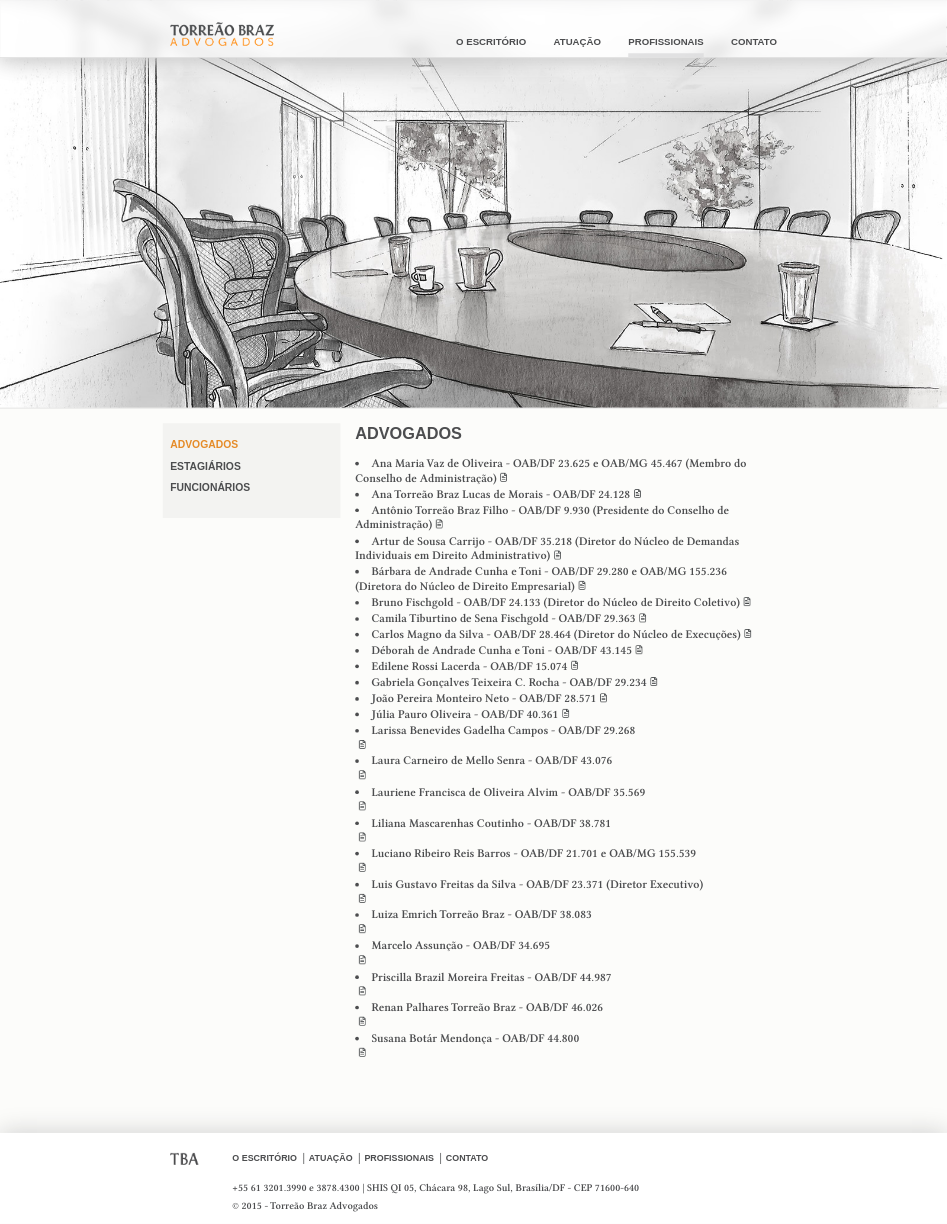
Repository: flira/torreao-braz
Page: dev/profissionais.html
The author's editor kept a record of every edit. The page is drawn from the files as they stood at one moment, then again after the next edit.
The browser window is 1280 px wide. The pictures show the whole page, at 74% of full size.
Some web libraries are served in a nearby version.

Above is the page before.

After the next edit:
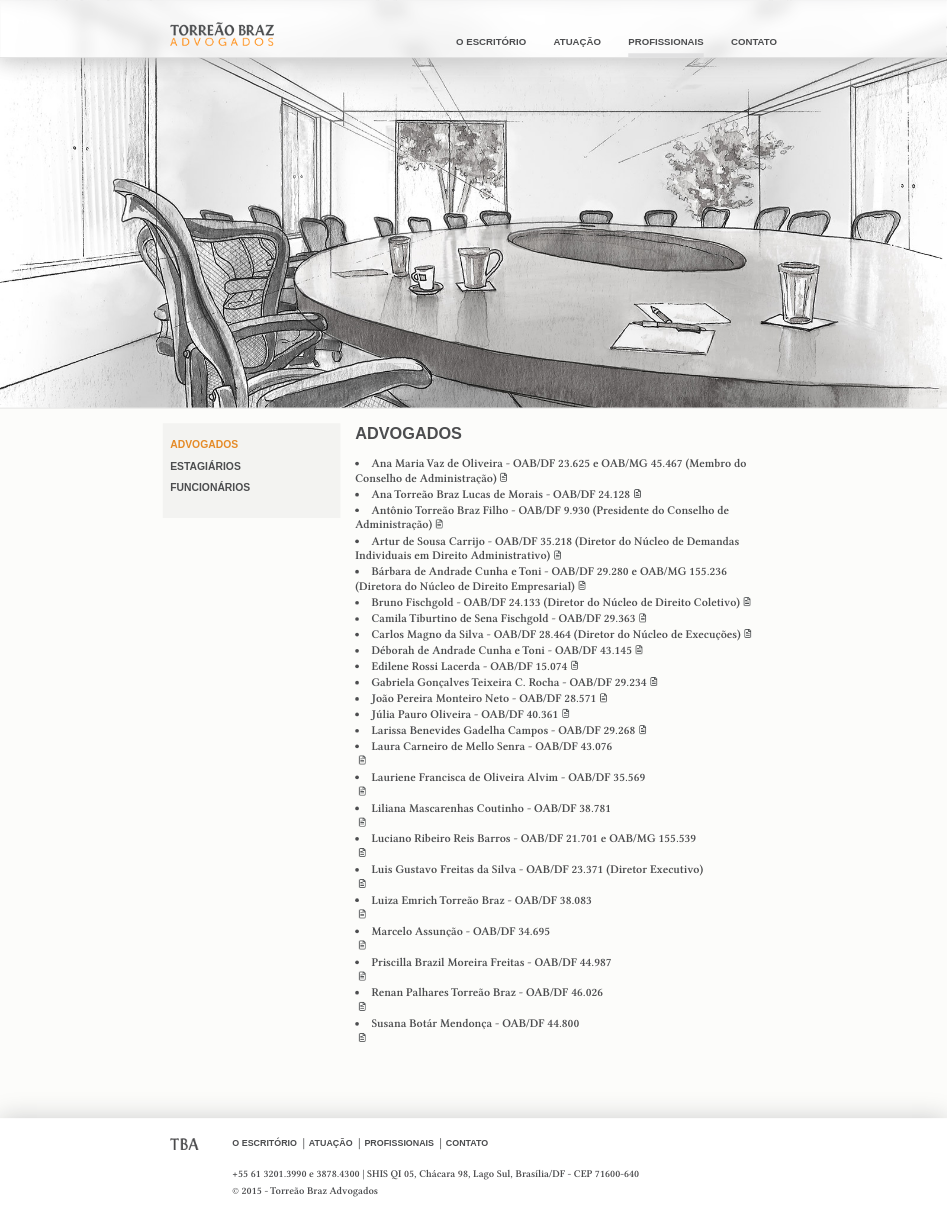
The edit:
--- a/dev/profissionais.html
+++ b/dev/profissionais.html
@@ -235,7 +235,7 @@
                 </div>
             </li>
             <li class="accordion">
-              <span class="cv" id="">Larissa Benevides Gadelha Campos - OAB/DF 29.268</a>
+              <span class="cv" id="">Larissa Benevides Gadelha Campos - OAB/DF 29.268</span>
                 <div>
                   <div class="content">
                     <a href="mailto:larissa@torreaobraz.com.br" class="email">larissa@torreaobraz.com.br</a>
